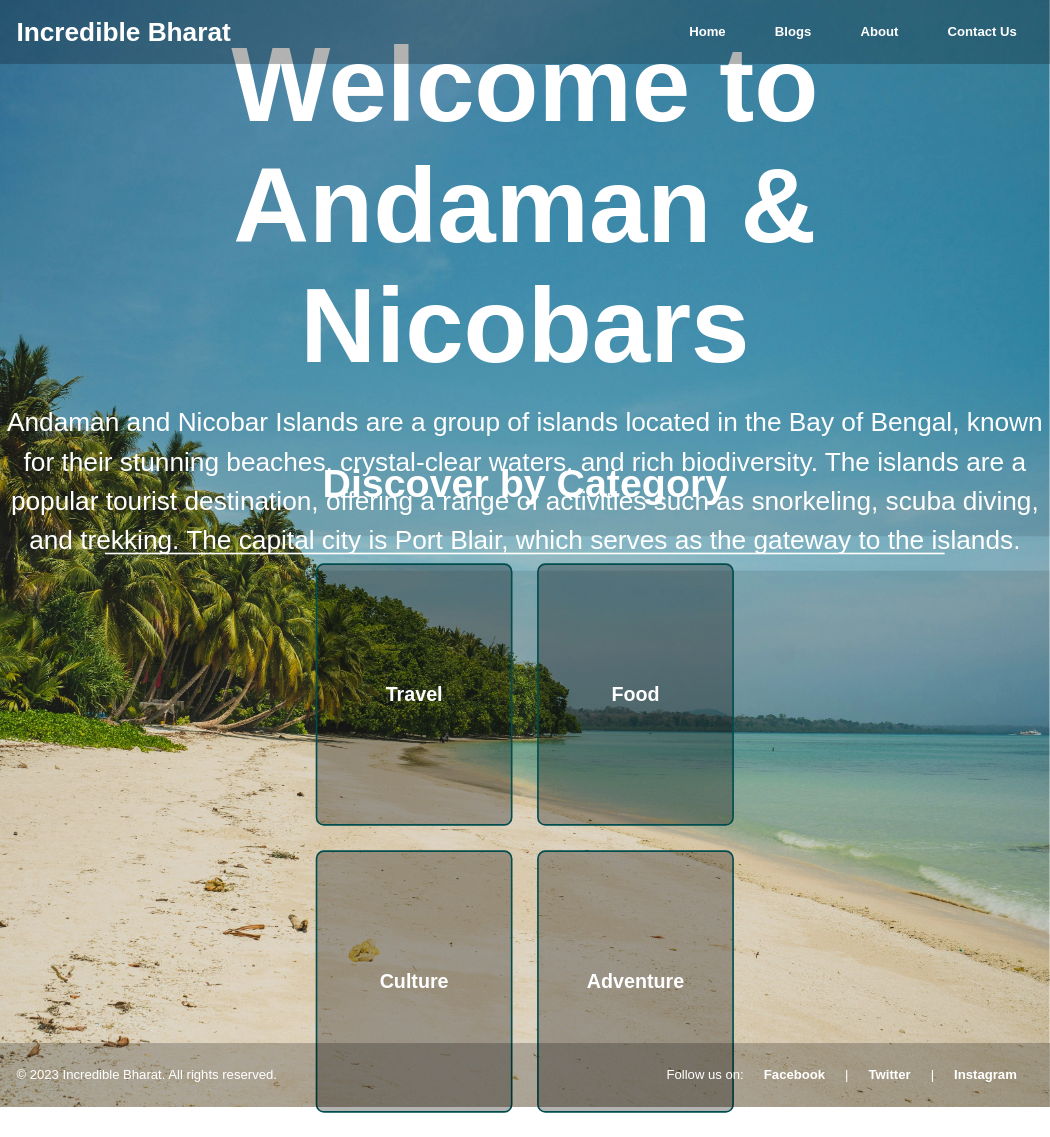
Repository: jaidhiman111/incrediblebharat
Page: destinations/Andaman&Nicobar.html
An editor plug-in stored every save of this project. The page is shown before and after the next save, followed by the edit.
The browser window is 1280 px wide. The pictures show the whole page, at 82% of full size.

Above is the page before, as saved 2025-04-30 23:37:48.

### destinations/Andaman&Nicobar.html
<!DOCTYPE html>
<html lang="en">

<head>
    <meta charset="UTF-8">
    <link rel="stylesheet" href="/assets/style.css">
    <meta name="viewport" content="width=device-width, initial-scale=1.0">
    <title>Document</title>
</head>

<body class="andaman-nicobar">
    <!-- This is the header of the page. -->
    <header class="header">
        <div class="logo">
            <h1>Incredible Bharat</h1>
        </div>
        <div class="nav">
            <nav>
                <ul>
                    <li>
                        <a href="/index.html">Home</a>
                        <a href="#">Blogs</a>
                        <a href="#">About</a>
                        <a href="#">Contact Us</a>
                    </li>
                </ul>
            </nav>
        </div>
    </header>
    <!-- This is the main content of the page. -->
    <main class="main-container">
        <section class="hero-section">
            <h2>Welcome to Andaman & Nicobars</h2>
            <p>Andaman and Nicobar Islands are a group of islands located in the Bay of Bengal, known for their stunning
                beaches, crystal-clear waters, and rich biodiversity. The islands are a popular tourist destination,
                offering a range of activities such as snorkeling, scuba diving, and trekking. The capital city is Port
                Blair, which serves as the gateway to the islands.</p>
        </section>
        <hr>
        <section class="state-section">
            <h2>Discover by Category</h2>
            <div class="card-section">
                <div class="card" id="travel">Travel</div>
                <div class="card" id="food">Food</div>
                <div class="card" id="culture">Culture</div>
                <div class="card" id="adventure">Adventure</div>
            </div>
        </section>
    </main>
    <!-- This is the footer of the page. -->
    <footer class="footer">
        <div>
            <p>&copy; 2023 Incredible Bharat. All rights reserved.</p>
        </div>
        <div>
            <p>Follow us on:
                <a href="#">Facebook</a> |
                <a href="#">Twitter</a> |
                <a href="#">Instagram</a>
        </div>
    </footer>
</body>

</html>

### assets/style.css
* {
    box-sizing: border-box;
    margin: 0;
    padding: 0;
}

.home {
    font-family: Arial, sans-serif;
    background-image: url('/media/bg-cover.jpg');
    background-size: cover;
    background-repeat: no-repeat;
    background-position: center;
    color: #fff;
}

.andaman-nicobar {
    font-family: Arial, sans-serif;
    background-image: url('/media/andaman.jpg');
    background-size: cover;
    background-repeat: no-repeat;
    background-position: center;
    color: #fff;
}


/* This is for header */
.header {
    background-color: rgba(0, 0, 0, 0.3);
    display: flex;
    justify-content: space-between;
    align-items: center;
    padding: 20px;
    position: sticky;
    top: 0;
    text-align: center;
}

li {
    list-style: none;
    display: flex;
    gap: 20px;
}

li a {
    padding: 10px 20px;
    border-radius: 5px;
    text-decoration: none;
    color: #fff;
    font-weight: bold;
}

li a:hover {
    color: #fff;
    transform: scale(1.1);}

/* This is for section */
section{
    background-color: rgba(0, 0, 0, 0.1);
}

.hero-section {
    display: flex;
    flex-direction: column;    /* stack items vertically */
    justify-content: center;   /* center vertically */
    align-items: center;       /* center horizontally */
    height: 80vh;
    text-align: center;
}

.hero-section h2 {
    font-size: 8rem;
    margin-bottom: 20px;
}

.hero-section p{
    font-size: 2rem;
    margin-bottom: 20px;
    max-width: 100rem;         /* limit the width of the paragraph */
    line-height: 1.5;        /* improve readability */
}

.hero-section a {
    text-decoration: none;
    color: #fff;
    font-size: 1.5rem;
    margin-bottom: 20px;
}

.hero-section a:hover {
    color: #fff;
    text-decoration: underline;
    transform: scale(1.1);
    transition: transform 0.3s ease-in-out;
}

hr {
    width: 80%;
    margin: 20px auto;
    border: 1px solid #fff;
}

.state-section {
    display: flex;
    flex-direction: column;    /* stack items vertically */
    justify-content: center;
    align-items: center;
    height: 80vh;
    text-align: center;
}

.state-section h2 {
    font-size: 3rem;
    margin-bottom: 20px;
}

.state-button {
    padding: 30px;
    max-width: 100rem;
    margin: 0 auto;
  }

  .state-button button {
    background-color: rgba(0, 0, 0, 0.4);  /* Soft blue */
    border: none;
    border-radius: 8px;
    margin: 10px ;
    padding: 12px 20px;
    cursor: pointer;
    transition: background-color 0.3s ease;
    font-size: 16px;
    font-weight: 500;
  }

  .state-button button a {
    color: #ffffff;
    text-decoration: none;
    display: block;
    width: 100%;
    height: 100%;
  }

  .state-button button:hover {
    background-color: rgba(0, 0, 0, 0.7); /* Darker blue on hover */
    transform: scale(1.1); /* Slightly enlarge the button on hover */
    transition: transform 0.3s ease-in-out;
  }

  .card-section {
    display: flex;
    flex-wrap: wrap; /* Makes it responsive */
    justify-content: center;
    gap: 30px;
    /* background-color: rgba(0, 0, 0, 0.4); */
    padding: 30px 20px;
    margin: 20px auto;
    max-width: 80vh;
    border-radius: 10px;
}

.card {
    background-color: rgba(0, 0, 0, 0.3);
    color: #fff;
    border: 2px solid #014d4e;
    border-radius: 10px;
    width: 15rem;
    height: 20rem;
    display: flex;
    align-items: center;
    justify-content: center;
    font-size: 1.5rem;
    font-weight: bold;
    cursor: pointer;
    transition: transform 0.3s ease, background-color 0.3s ease;
}

.card:hover {
    background-color: #019494;
    color: #ffffff;
    transform: scale(1.05);
}


  /* This is for footer */

.footer {
    background-color: rgba(0, 0, 0, 0.3);
    display: flex;
    justify-content: space-between;
    align-items: center;
    padding: 20px;
    position: relative;
    bottom: 0;
    text-align: center;
}

.footer li {
    list-style: none;
    display: flex;
    gap: 20px;
}

.footer a {
    display: inline-block;
    padding: 10px 20px;
    border-radius: 5px;
    text-decoration: none;
    color: #fff;
    font-weight: bold;
}
.footer a:hover {
    color: #fff;
    transform: scale(1.1);

}

/* This is for media queries */
/* --- Andaman & Nicobar Page Enhancements --- */

After the next save:
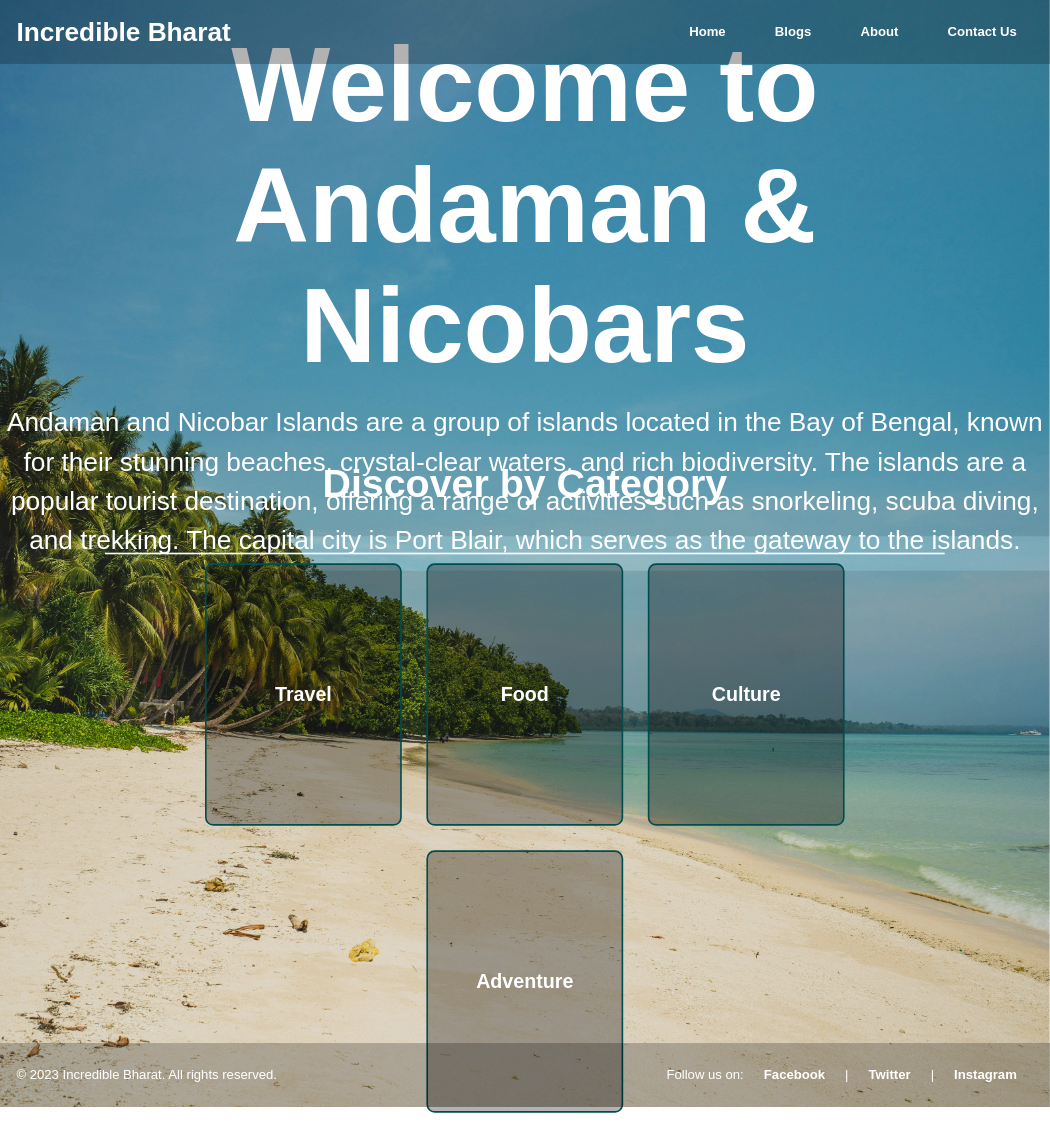
Saved 9 s later.
--- a/assets/style.css
+++ b/assets/style.css
@@ -153,7 +153,7 @@ hr {
     /* background-color: rgba(0, 0, 0, 0.4); */
     padding: 30px 20px;
     margin: 20px auto;
-    max-width: 80vh;
+    max-width: 80%;
     border-radius: 10px;
 }
 
